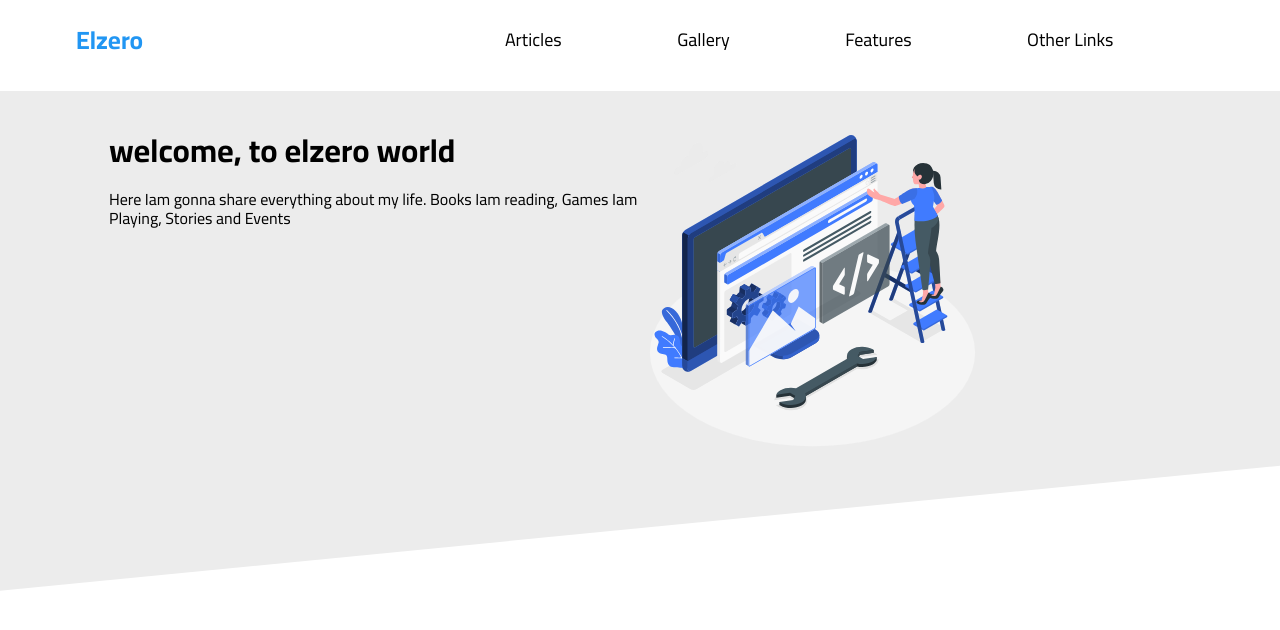
Repository: Toqa-25/elzeroAcdemey-Templete
Page: index.html
An editor plug-in stored every save of this project. The page is shown before and after the next save, followed by the edit.
The browser window is 1280 px wide. The pictures show the whole page.

Above is the page before, as saved 2022-01-16 21:26:09.

After the next save:
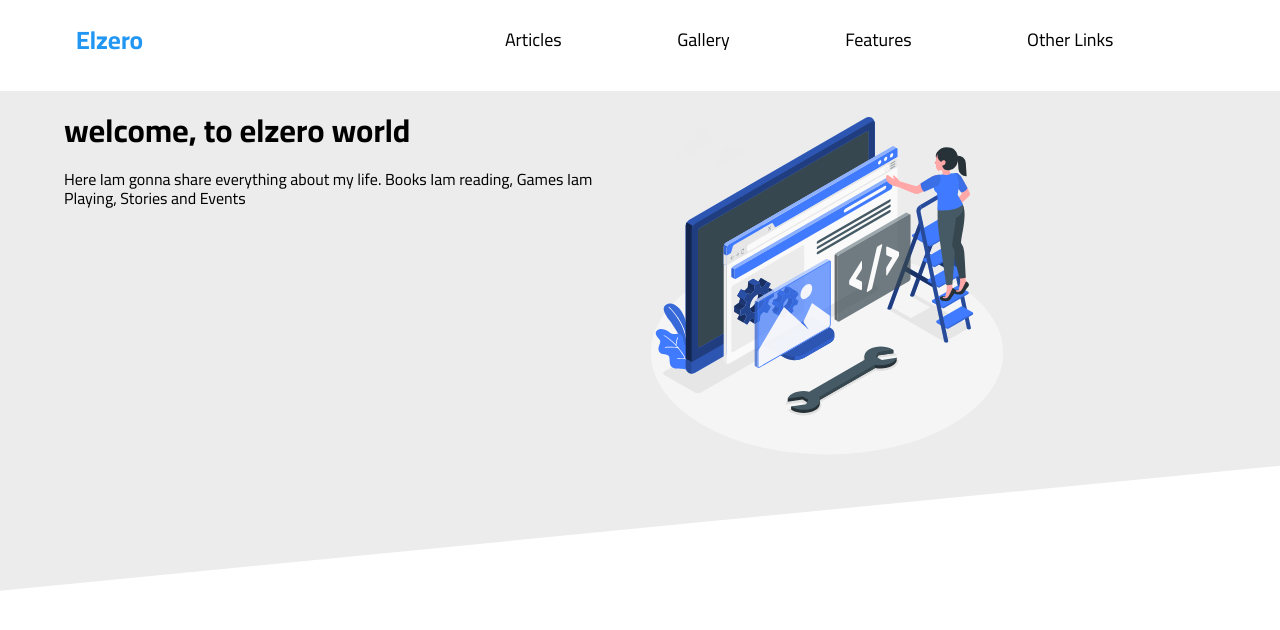
Saved 113 s later.
--- a/css/style.css
+++ b/css/style.css
@@ -262,7 +262,7 @@ nav{
     clip-path: polygon(0 0, 100% 0, 100% 75%, 0 100%);
     height: 500px;
     margin-bottom: 500px;
-    padding: 20px 50px;
+
 }
 
 .welcome-content{
